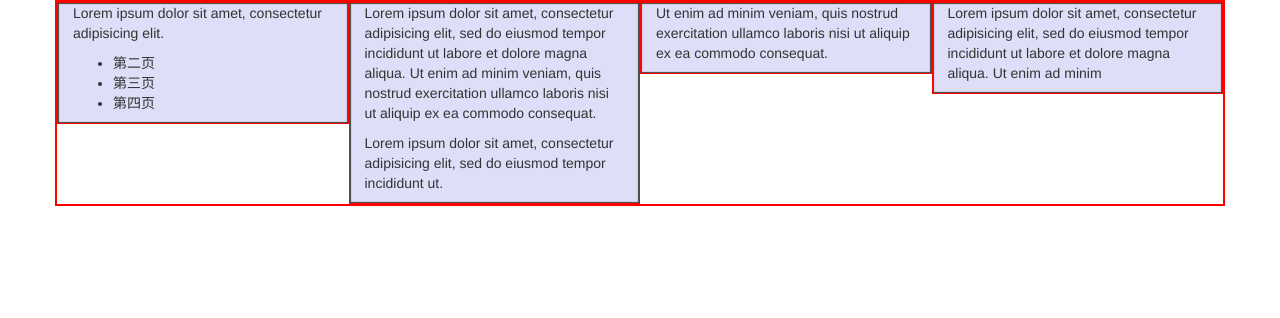
Repository: dushengwei/Bootstrap
Page: code/code/WebContent/one.html
The author's editor kept a copy of each file at every save. The page is drawn from the files as they stood at one save, then again after the next save.
The browser window is 1280 px wide. The pictures show the whole page.

Above is the page before, as saved 2017-02-15 09:29:31.

After the next save:
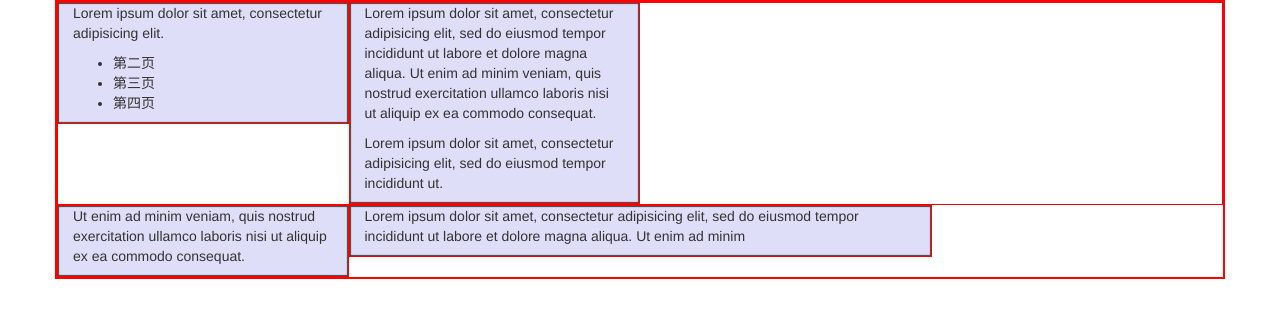
Saved 7 s later.
--- a/code/code/WebContent/one.html
+++ b/code/code/WebContent/one.html
@@ -45,14 +45,14 @@
 					do eiusmod tempor incididunt ut.</p>
 			</div>
 
-			<div class="clearfix visible-xs"></div>
+			<div class="clearfix hidden-xs"></div>
 
 			<div id="threea" class="col-xs-6 col-sm-3"
 				style="background-color: #dedef8; box-shadow: inset 1px -1px 1px #444, inset -1px 1px 1px #444;">
 				<p>Ut enim ad minim veniam, quis nostrud exercitation ullamco
 					laboris nisi ut aliquip ex ea commodo consequat.</p>
 			</div>
-			<div id="foura" class="col-xs-6 col-sm-3"
+			<div id="foura" class="col-xs-6 hidden-xs"
 				style="background-color: #dedef8; box-shadow: inset 1px -1px 1px #444, inset -1px 1px 1px #444;">
 				<p>Lorem ipsum dolor sit amet, consectetur adipisicing elit, sed
 					do eiusmod tempor incididunt ut labore et dolore magna aliqua. Ut
